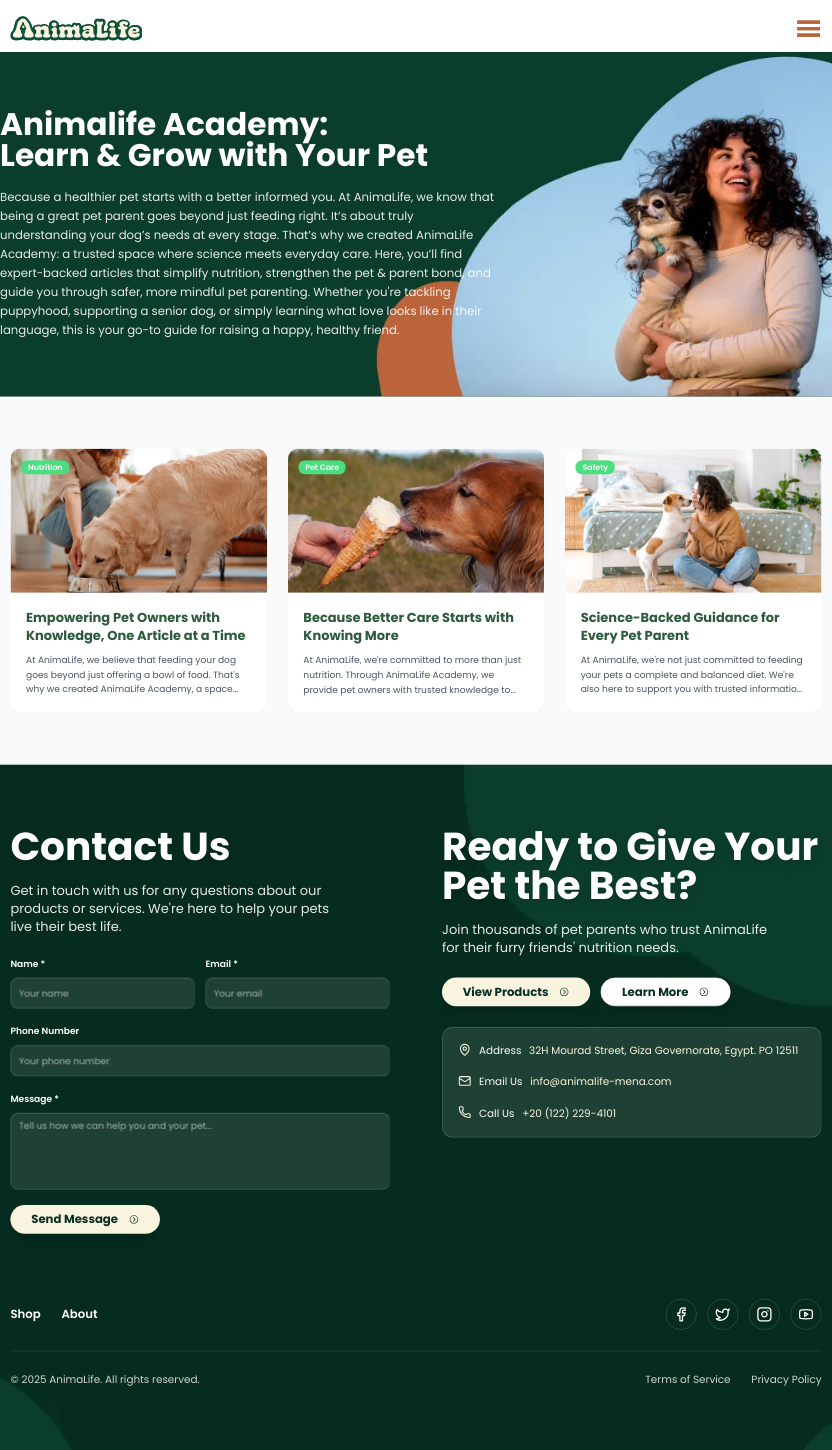
Repository: the-jupiteragency/animalife
Page: /academy
The author's editor kept a copy of each file at every save. The page is drawn from the files as they stood at one save, then again after the next save.
The browser window is 1280 px wide. The pictures show the whole page, at 65% of full size.
The project was rebuilt for these pictures with package versions that can differ from the ones it lists, and the page was loaded fresh each time. The framework's server and built-in components were replaced by stand-ins that run in the browser. Also part of the build but not shown: next.config.mjs.

Above is the page before, as saved 2025-08-05 09:36:13.

### app/layout.tsx
import type { Metadata, Viewport } from "next";
import "./globals.css";
import { Header } from "@/components/header";
import { Footer } from "@/components/footer";
import Script from "next/script";

export const metadata: Metadata = {
  metadataBase: new URL('https://animalife.vercel.app'),
  title: {
    default: "AnimaLife | Science-Driven Pet Nutrition & Wellness",
    template: "%s | AnimaLife"
  },
  description:
    "AnimaLife offers science-driven, complete, and balanced nutrition for pets. Discover products tailored to your pet's unique needs, expert advice, and a passionate community of animal lovers.",
  keywords: [
    "AnimaLife",
    "pet nutrition",
    "dog food",
    "cat food",
    "science-based pet care",
    "pet wellness",
    "healthy pets",
    "animal health",
    "pet products",
    "pet academy",
    "pet community",
    "premium pet food",
    "natural pet nutrition",
    "pet health supplements"
  ],
  authors: [{ name: "AnimaLife Team", url: "https://animalife.vercel.app" }],
  creator: "AnimaLife",
  publisher: "AnimaLife",
  formatDetection: {
    email: false,
    address: false,
    telephone: false,
  },
  category: 'Pet Care',
  classification: 'Pet Nutrition and Wellness',
  openGraph: {
    title: "AnimaLife | Science-Driven Pet Nutrition & Wellness",
    description:
      "AnimaLife offers science-driven, complete, and balanced nutrition for pets. Discover products tailored to your pet's unique needs, expert advice, and a passionate community of animal lovers.",
    url: "https://animalife.vercel.app",
    siteName: "AnimaLife",
    images: [
      {
        url: "/hero1.webp",
        width: 1200,
        height: 630,
        alt: "AnimaLife - Science-Driven Pet Nutrition",
      },
    ],
    locale: "en_US",
    type: "website",
  },
  twitter: {
    card: 'summary_large_image',
    title: 'AnimaLife | Science-Driven Pet Nutrition & Wellness',
    description: 'AnimaLife offers science-driven, complete, and balanced nutrition for pets. Discover products tailored to your pet\'s unique needs.',
    images: ['/hero1.webp'],
    creator: '@animalife',
    site: '@animalife'
  },
  robots: {
    index: true,
    follow: true,
    googleBot: {
      index: true,
      follow: true,
      'max-video-preview': -1,
      'max-image-preview': 'large',
      'max-snippet': -1,
    },
  },
  icons: {
    icon: [
      { url: '/favicon.ico' },
      { url: '/favicon.png', type: 'image/png' },
    ],
    shortcut: '/favicon.ico',
    apple: [
      { url: '/apple-touch-icon.png' },
      { url: '/apple-touch-icon-72x72.png', sizes: '72x72', type: 'image/png' },
      { url: '/apple-touch-icon-114x114.png', sizes: '114x114', type: 'image/png' },
    ],
  },
  manifest: '/site.webmanifest',
  alternates: {
    canonical: 'https://animalife.vercel.app',
  },
  verification: {
    google: 'your-google-verification-code',
    yandex: 'your-yandex-verification-code',
    yahoo: 'your-yahoo-verification-code',
  },
};

export const viewport: Viewport = {
  themeColor: "#1B4838",
};

const jsonLd = {
  '@context': 'https://schema.org',
  '@type': 'Organization',
  name: 'AnimaLife',
  url: 'https://animalife.vercel.app',
  logo: 'https://animalife.vercel.app/logo.svg',
  description: 'AnimaLife offers science-driven, complete, and balanced nutrition for pets.',
  contactPoint: {
    '@type': 'ContactPoint',
    contactType: 'Customer Service',
    availableLanguage: 'English'
  },
  sameAs: [
    'https://facebook.com/animalife',
    'https://twitter.com/animalife',
    'https://instagram.com/animalife'
  ],
  address: {
    '@type': 'PostalAddress',
    addressCountry: 'EG'
  }
};

export default function RootLayout({
  children,
}: Readonly<{
  children: React.ReactNode;
}>) {
  return (
    <html lang="en">
      <head>
        <link rel="preconnect" href="https://fonts.googleapis.com" />
        <link rel="preconnect" href="https://fonts.gstatic.com" crossOrigin="anonymous" />
        <link rel="dns-prefetch" href="https://fonts.googleapis.com" />
        <meta name="theme-color" content="#1B4838" />
        <meta name="msapplication-TileColor" content="#1B4838" />
        <meta name="apple-mobile-web-app-capable" content="yes" />
        <meta name="apple-mobile-web-app-status-bar-style" content="default" />
        <meta name="format-detection" content="telephone=no" />
        <Script
          id="json-ld"
          type="application/ld+json"
          dangerouslySetInnerHTML={{ __html: JSON.stringify(jsonLd) }}
        />
      </head>
      <body>
        <Header />
        {children}
        <Footer />
      </body>
    </html>
  );
}

### app/academy/page.tsx
"use client";

import { Card, CardContent } from "@/components/ui/card";
import { Badge } from "@/components/ui/badge";
import Image from "next/image";
import Link from "next/link";
import { Header } from "@/components/header";
import { AcademyPosts } from "@/app/data/academy-posts";

// Remove the hardcoded blogPosts array and use:
const blogPosts = AcademyPosts;

export default function AcademyPage() {
  return (
    <div className="min-h-screen bg-white">
      {/* Header */}
      <Header />
      {/* Add top padding to account for fixed header */}
      <div className="pt-20">
        {/* Hero Banner Section */}
        <section className="relative h-[530px] bg-[#2d5a3d] overflow-hidden">
          <div className="absolute inset-0">
            <Image
              src="/academy-banner.webp"
              alt="Academy Banner"
              fill
              className="object-cover w-full h-full"
              priority
            />
          </div>
          <div className="relative z-10  mx-auto  h-full flex items-center">
            <div className="max-w-3xl">
              <h1 className="text-4xl md:text-5xl font-bold text-white mb-6">
                Animalife Academy:
                <br />
                Learn & Grow with Your Pet
              </h1>
              <p className="text-lg text-white/90 leading-relaxed">
                Because a healthier pet starts with a better informed you. At
                AnimaLife, we know that being a great pet parent goes beyond
                just feeding right. It’s about truly understanding your dog’s
                needs at every stage. That’s why we created AnimaLife Academy: a
                trusted space where science meets everyday care. Here, you’ll
                find expert-backed articles that simplify nutrition, strengthen
                the pet & parent bond, and guide you through safer, more mindful
                pet parenting. Whether you're tackling puppyhood, supporting a
                senior dog, or simply learning what love looks like in their
                language, this is your go-to guide for raising a happy, healthy
                friend.
              </p>
            </div>
          </div>
        </section>

        {/* Blog Posts Grid */}
        <section className="py-12 md:py-20 bg-gray-50">
          <div className="container mx-auto px-4">
            <div className="grid grid-cols-1 md:grid-cols-2 lg:grid-cols-3 gap-6 md:gap-8">
              {blogPosts.map((post) => (
                <Link key={post.id} href={`/academy/${post.id}`}>
                  <Card className="cursor-pointer transform transition-all duration-300 hover:scale-105 hover:shadow-xl bg-white border-0 rounded-2xl overflow-hidden group">
                    <CardContent className="p-0">
                      <div className="aspect-video relative overflow-hidden">
                        <Image
                          src={post.image || "/placeholder.svg"}
                          alt={post.title}
                          fill
                          className="object-cover w-full h-full group-hover:scale-105 transition-all duration-500"
                          sizes="(max-width: 768px) 100vw, (max-width: 1200px) 50vw, 33vw"
                        />
                        <div className="absolute top-4 left-4">
                          <Badge className="bg-[#4ade80] text-white hover:bg-[#22c55e] group-hover:scale-110 transition-transform duration-300">
                            {post.category}
                          </Badge>
                        </div>
                      </div>

                      <div className="p-4 md:p-6">
                        <h3 className="text-lg md:text-xl font-bold text-[#2d5a3d] mb-3 line-clamp-2 group-hover:text-[#1e3a2a] transition-colors duration-300">
                          {post.title}
                        </h3>
                        <p className="text-gray-600 text-sm leading-relaxed line-clamp-3 group-hover:text-gray-700 transition-colors duration-300">
                          {post.excerpt}
                        </p>
                      </div>
                    </CardContent>
                  </Card>
                </Link>
              ))}
            </div>
          </div>
        </section>
      </div>{" "}
      {/* Close pt-20 div */}
    </div>
  );
}

### components/header.tsx
"use client";

import { useState, useEffect } from "react";
import { Menu, X } from "lucide-react";
import { GiHamburgerMenu } from "react-icons/gi";
import { IoMdCloseCircle } from "react-icons/io";
import { Button } from "@/components/ui/button";
import Link from "next/link";
import Image from "next/image";

export function Header() {
  const [isMenuOpen, setIsMenuOpen] = useState(false);
  const [scrolled, setScrolled] = useState(false);

  useEffect(() => {
    const handleScroll = () => {
      setScrolled(window.scrollY > 10);
    };
    window.addEventListener("scroll", handleScroll);
    return () => window.removeEventListener("scroll", handleScroll);
  }, []);

  return (
    <header
      className={`fixed top-0 left-0 right-0 z-50 transition-colors duration-300 ${
        scrolled ? "bg-[#0A3D2C]" : "bg-transparent"
      }`}
    >
      <div className="container mx-auto px-4 py-4 md:py-6 flex items-center justify-between font-mono font-normal text-base bg-transparent text-[rgba(249,244,223,1)] flex-row">
        <Link
          href="/"
          className="text-white text-xl md:text-2xl font-bold hover:text-green-200 transition-colors"
        >
          <Image
            src="/logo.svg"
            alt="AnimaLife"
            width={120}
            height={120}
            priority
            style={{ width: "auto", height: "auto" }}
          />
        </Link>

        <div
          className="transition-all duration-300 hover:scale-110"
          onClick={() => setIsMenuOpen(!isMenuOpen)}
        >
          {isMenuOpen ? (
            <IoMdCloseCircle
              className={`h-10 w-10 ${scrolled ? "text-white" : "text-[#1B4838]"}`}
            />
          ) : (
            <GiHamburgerMenu
              className={`h-10 w-10 ${scrolled ? "text-white" : "md:text-[#BA643B]"}`}
            />
          )}
        </div>
      </div>

      {/* Menu Overlay */}
      {isMenuOpen && (
        <div className="fixed inset-0 z-50 bg-[#2d5a3d]">
          <div className="absolute top-4 right-4">
            <div
              className="text-white transition-all duration-300 hover:scale-110"
              onClick={() => setIsMenuOpen(false)}
            >
              <IoMdCloseCircle className="h-12 w-12" />
            </div>
          </div>

          <div className="flex items-center justify-center min-h-screen">
            <nav className="text-center space-y-8 md:space-y-12">
              <Link
                href="/"
                className="block text-white text-xl md:text-2xl font-medium hover:text-green-200 transition-colors"
                onClick={() => setIsMenuOpen(false)}
              >
                Home
              </Link>
              <Link
                href="/products"
                className="block text-white text-xl md:text-2xl font-medium hover:text-green-200 transition-colors"
                onClick={() => setIsMenuOpen(false)}
              >
                Our Products
              </Link>
              <Link
                href="/about"
                className="block text-white text-xl md:text-2xl font-medium hover:text-green-200 transition-colors"
                onClick={() => setIsMenuOpen(false)}
              >
                Discover AnimaLife
              </Link>
              <Link
                href="/academy"
                className="block text-white text-xl md:text-2xl font-medium hover:text-green-200 transition-colors"
                onClick={() => setIsMenuOpen(false)}
              >
                AnimaLife Academy
              </Link>
            </nav>
          </div>
        </div>
      )}
    </header>
  );
}

### components/ui/card.tsx
import * as React from "react"

import { cn } from "@/lib/utils"

const Card = React.forwardRef<
  HTMLDivElement,
  React.HTMLAttributes<HTMLDivElement>
>(({ className, ...props }, ref) => (
  <div
    ref={ref}
    className={cn(
      "rounded-lg border bg-card text-card-foreground shadow-sm",
      className
    )}
    {...props}
  />
))
Card.displayName = "Card"

const CardHeader = React.forwardRef<
  HTMLDivElement,
  React.HTMLAttributes<HTMLDivElement>
>(({ className, ...props }, ref) => (
  <div
    ref={ref}
    className={cn("flex flex-col space-y-1.5 p-6", className)}
    {...props}
  />
))
CardHeader.displayName = "CardHeader"

const CardTitle = React.forwardRef<
  HTMLDivElement,
  React.HTMLAttributes<HTMLDivElement>
>(({ className, ...props }, ref) => (
  <div
    ref={ref}
    className={cn(
      "text-2xl font-semibold leading-none tracking-tight",
      className
    )}
    {...props}
  />
))
CardTitle.displayName = "CardTitle"

const CardDescription = React.forwardRef<
  HTMLDivElement,
  React.HTMLAttributes<HTMLDivElement>
>(({ className, ...props }, ref) => (
  <div
    ref={ref}
    className={cn("text-sm text-muted-foreground", className)}
    {...props}
  />
))
CardDescription.displayName = "CardDescription"

const CardContent = React.forwardRef<
  HTMLDivElement,
  React.HTMLAttributes<HTMLDivElement>
>(({ className, ...props }, ref) => (
  <div ref={ref} className={cn("p-6 pt-0", className)} {...props} />
))
CardContent.displayName = "CardContent"

const CardFooter = React.forwardRef<
  HTMLDivElement,
  React.HTMLAttributes<HTMLDivElement>
>(({ className, ...props }, ref) => (
  <div
    ref={ref}
    className={cn("flex items-center p-6 pt-0", className)}
    {...props}
  />
))
CardFooter.displayName = "CardFooter"

export { Card, CardHeader, CardFooter, CardTitle, CardDescription, CardContent }

### components/ui/badge.tsx
import * as React from "react"
import { cva, type VariantProps } from "class-variance-authority"

import { cn } from "@/lib/utils"

const badgeVariants = cva(
  "inline-flex items-center rounded-full border px-2.5 py-0.5 text-xs font-semibold transition-colors focus:outline-none focus:ring-2 focus:ring-ring focus:ring-offset-2",
  {
    variants: {
      variant: {
        default:
          "border-transparent bg-primary text-primary-foreground hover:bg-primary/80",
        secondary:
          "border-transparent bg-secondary text-secondary-foreground hover:bg-secondary/80",
        destructive:
          "border-transparent bg-destructive text-destructive-foreground hover:bg-destructive/80",
        outline: "text-foreground",
      },
    },
    defaultVariants: {
      variant: "default",
    },
  }
)

export interface BadgeProps
  extends React.HTMLAttributes<HTMLDivElement>,
    VariantProps<typeof badgeVariants> {}

function Badge({ className, variant, ...props }: BadgeProps) {
  return (
    <div className={cn(badgeVariants({ variant }), className)} {...props} />
  )
}

export { Badge, badgeVariants }

### components/ui/button.tsx
import * as React from "react";
import { Slot } from "@radix-ui/react-slot";
import { cva, type VariantProps } from "class-variance-authority";

import { cn } from "@/lib/utils";

const buttonVariants = cva(
  "inline-flex items-center justify-center gap-2 whitespace-nowrap rounded-md text-sm font-medium ring-offset-background transition-colors focus-visible:outline-none focus-visible:ring-2 focus-visible:ring-ring focus-visible:ring-offset-2 disabled:pointer-events-none disabled:opacity-50 [&_svg]:pointer-events-none [&_svg]:size-4 [&_svg]:shrink-0",
  {
    variants: {
      variant: {
        default: "bg-primary text-primary-foreground hover:bg-primary/90",
        destructive:
          "bg-destructive text-destructive-foreground hover:bg-destructive/90",
        outline:
          "border border-input bg-background hover:bg-accent hover:text-accent-foreground",
        secondary:
          "bg-secondary text-secondary-foreground hover:bg-secondary/80",
        ghost: "hover:bg-accent hover:text-accent-foreground",
        link: "text-primary underline-offset-4 hover:underline",
        icon: "bg-transparent",
        hover:
          "bg-[#F9F4DF] text-[#0A3024] hover:bg-[#A7552E] hover:text-white",
      },
      size: {
        default: "h-10 px-4 py-2",
        sm: "h-9 rounded-md px-3",
        lg: "h-11 rounded-md px-8",
        icon: "h-10 w-10",
      },
    },
    defaultVariants: {
      variant: "default",
      size: "default",
    },
  }
);

export interface ButtonProps
  extends React.ButtonHTMLAttributes<HTMLButtonElement>,
    VariantProps<typeof buttonVariants> {
  asChild?: boolean;
}

const Button = React.forwardRef<HTMLButtonElement, ButtonProps>(
  ({ className, variant, size, asChild = false, ...props }, ref) => {
    const Comp = asChild ? Slot : "button";
    return (
      <Comp
        className={cn(buttonVariants({ variant, size, className }))}
        ref={ref}
        {...props}
      />
    );
  }
);
Button.displayName = "Button";

export { Button, buttonVariants };

### components/ui/input.tsx
import * as React from "react"

import { cn } from "@/lib/utils"

const Input = React.forwardRef<HTMLInputElement, React.ComponentProps<"input">>(
  ({ className, type, ...props }, ref) => {
    return (
      <input
        type={type}
        className={cn(
          "flex h-10 w-full rounded-md border border-input bg-background px-3 py-2 text-base ring-offset-background file:border-0 file:bg-transparent file:text-sm file:font-medium file:text-foreground placeholder:text-muted-foreground focus-visible:outline-none focus-visible:ring-2 focus-visible:ring-ring focus-visible:ring-offset-2 disabled:cursor-not-allowed disabled:opacity-50 md:text-sm",
          className
        )}
        ref={ref}
        {...props}
      />
    )
  }
)
Input.displayName = "Input"

export { Input }

### tailwind.config.ts
import type { Config } from "tailwindcss";

const config: Config = {
  darkMode: ["class"],
  content: [
    "./pages/**/*.{js,ts,jsx,tsx,mdx}",
    "./components/**/*.{js,ts,jsx,tsx,mdx}",
    "./app/**/*.{js,ts,jsx,tsx,mdx}",
    "*.{js,ts,jsx,tsx,mdx}",
  ],
  theme: {
    extend: {
      colors: {
        background: "hsl(var(--background))",
        foreground: "hsl(var(--foreground))",
        card: {
          DEFAULT: "hsl(var(--card))",
          foreground: "hsl(var(--card-foreground))",
        },
        popover: {
          DEFAULT: "hsl(var(--popover))",
          foreground: "hsl(var(--popover-foreground))",
        },
        primary: {
          DEFAULT: "hsl(var(--primary))",
          foreground: "hsl(var(--primary-foreground))",
        },
        secondary: {
          DEFAULT: "hsl(var(--secondary))",
          foreground: "hsl(var(--secondary-foreground))",
        },
        muted: {
          DEFAULT: "hsl(var(--muted))",
          foreground: "hsl(var(--muted-foreground))",
        },
        accent: {
          DEFAULT: "hsl(var(--accent))",
          foreground: "hsl(var(--accent-foreground))",
        },
        destructive: {
          DEFAULT: "hsl(var(--destructive))",
          foreground: "hsl(var(--destructive-foreground))",
        },
        border: "hsl(var(--border))",
        input: "hsl(var(--input))",
        ring: "hsl(var(--ring))",
        chart: {
          "1": "hsl(var(--chart-1))",
          "2": "hsl(var(--chart-2))",
          "3": "hsl(var(--chart-3))",
          "4": "hsl(var(--chart-4))",
          "5": "hsl(var(--chart-5))",
        },
        sidebar: {
          DEFAULT: "hsl(var(--sidebar-background))",
          foreground: "hsl(var(--sidebar-foreground))",
          primary: "hsl(var(--sidebar-primary))",
          "primary-foreground": "hsl(var(--sidebar-primary-foreground))",
          accent: "hsl(var(--sidebar-accent))",
          "accent-foreground": "hsl(var(--sidebar-accent-foreground))",
          border: "hsl(var(--sidebar-border))",
          ring: "hsl(var(--sidebar-ring))",
        },
      },
      borderRadius: {
        lg: "var(--radius)",
        md: "calc(var(--radius) - 2px)",
        sm: "calc(var(--radius) - 4px)",
      },
      fontFamily: {
        sans: [
          'Poppins',
          '-apple-system',
          'BlinkMacSystemFont',
          'Segoe UI',
          'Roboto',
          'Oxygen',
          'Ubuntu',
          'Cantarell',
          'Fira Sans',
          'Droid Sans',
          'Helvetica Neue',
          'sans-serif'
        ],
        headline: [
          'Co Headline',
          'Poppins',
          '-apple-system',
          'BlinkMacSystemFont',
          'Segoe UI',
          'sans-serif'
        ],
      },
      keyframes: {
        "accordion-down": {
          from: {
            height: "0",
          },
          to: {
            height: "var(--radix-accordion-content-height)",
          },
        },
        "accordion-up": {
          from: {
            height: "var(--radix-accordion-content-height)",
          },
          to: {
            height: "0",
          },
        },
      },
      animation: {
        "accordion-down": "accordion-down 0.2s ease-out",
        "accordion-up": "accordion-up 0.2s ease-out",
      },
    },
  },
  plugins: [require("tailwindcss-animate")],
};
export default config;

Loaded but not shown: components/ui/textarea.tsx (common file); lib/utils.ts (common file); components/footer.tsx (439 lines, source omitted); app/data/academy-posts.ts (242 lines, source omitted); app/globals.css (185 lines, source omitted)

After the next save:
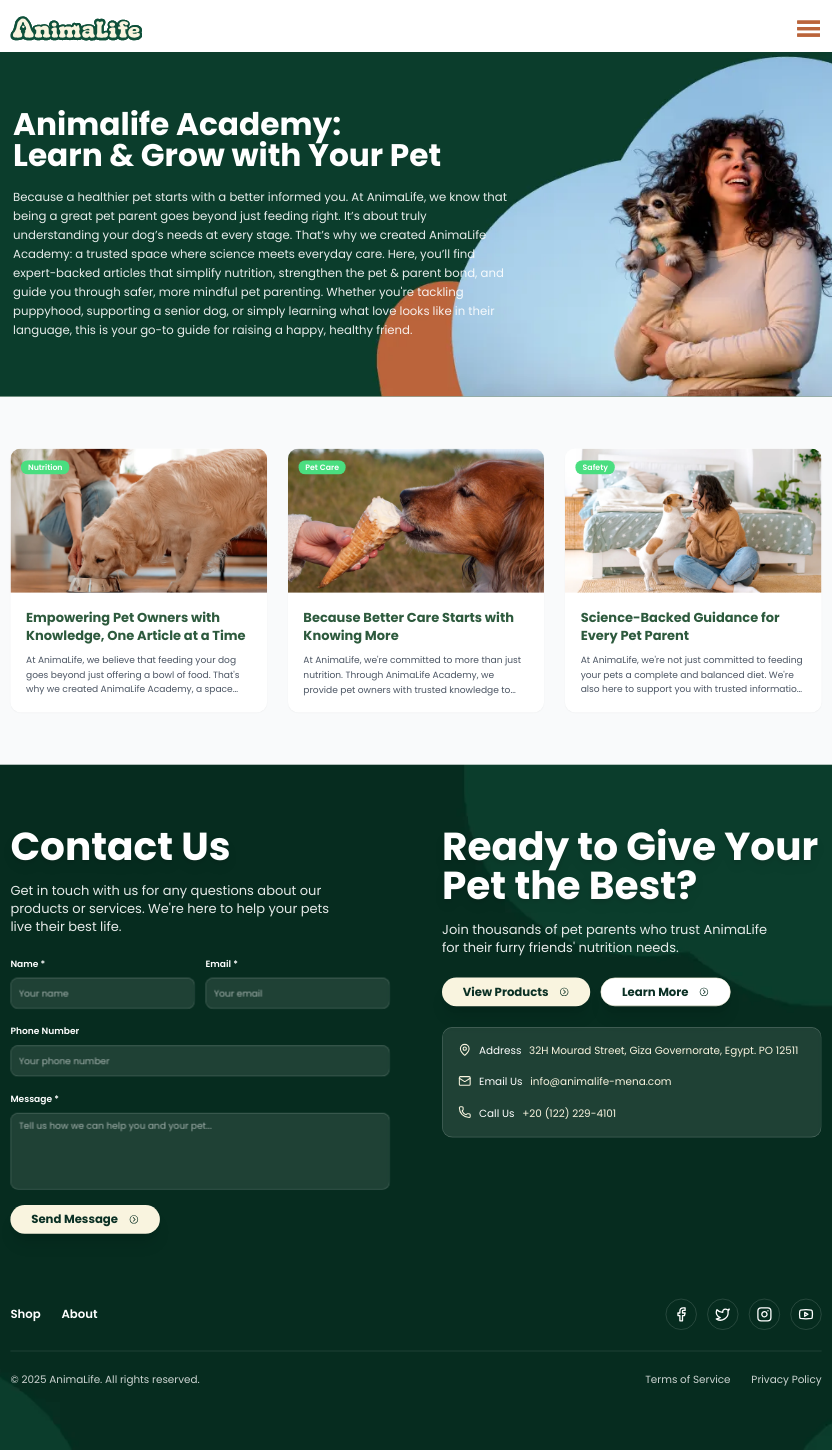
Saved 6 s later.
--- a/app/academy/page.tsx
+++ b/app/academy/page.tsx
@@ -28,7 +28,7 @@
               priority
             />
           </div>
-          <div className="relative z-10  mx-auto  h-full flex items-center">
+          <div className="relative z-10 px-5 mx-auto  h-full flex items-center">
             <div className="max-w-3xl">
               <h1 className="text-4xl md:text-5xl font-bold text-white mb-6">
                 Animalife Academy:
